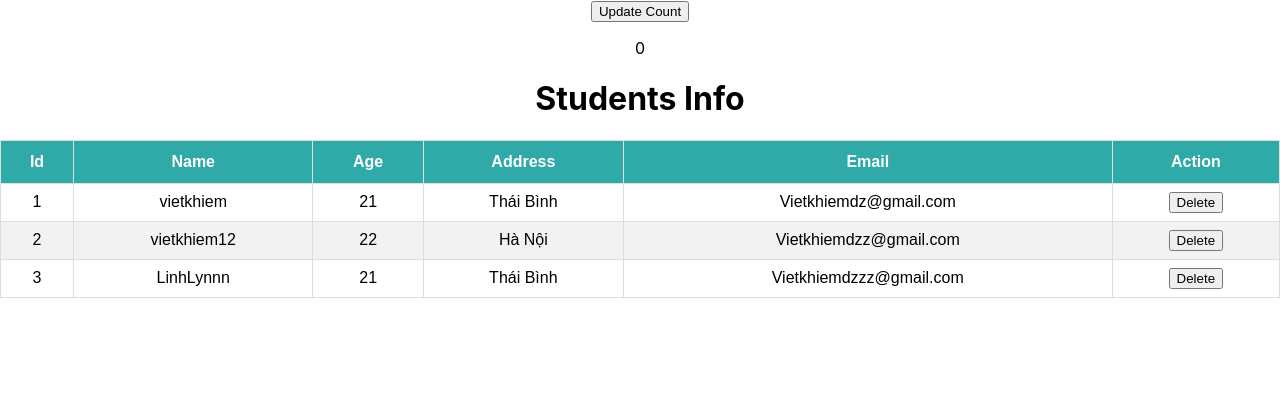
Repository: vietkhiem/TypeScript
Page: /
These files come from the project's save history. The page is drawn as it stood at one moment and after the next save; the edit follows.
The browser window is 1280 px wide. The pictures show the whole page.
The project was rebuilt for these pictures with package versions that can differ from the ones it lists, and the page was loaded fresh each time.

Above is the page before, as saved 2022-03-18 17:07:50.

After the next save:
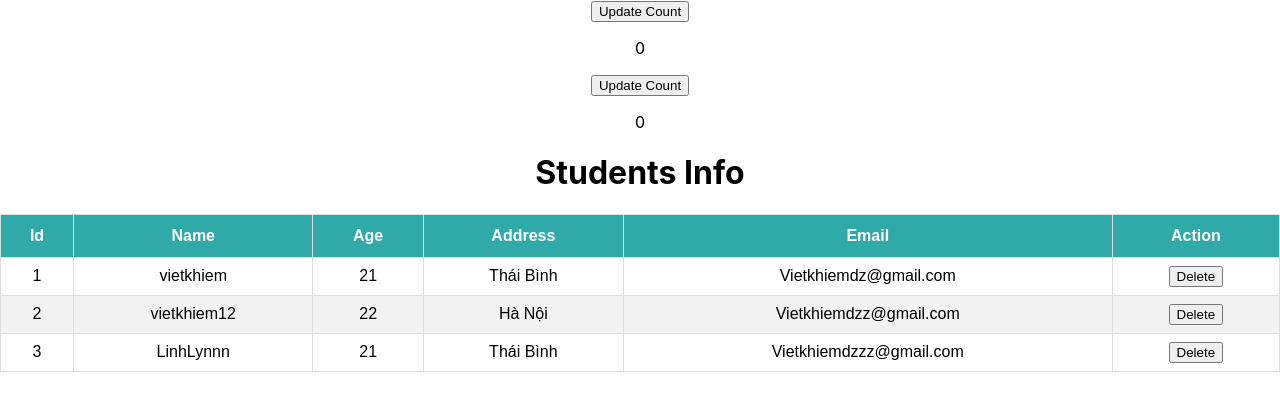
Saved 110 s later.
--- a/src/App.tsx
+++ b/src/App.tsx
@@ -6,6 +6,7 @@ import TableCustom from './pages/table';
 
 function App() {
   const [count, setCount] = useState<number>(0);
+  const [name, setName] = useState<string>('');
   const studentsData = [
     {
       name: 'vietkhiem',
@@ -33,6 +34,8 @@ function App() {
     <div className="App">
       <button onClick={() => setCount(count+1)}>Update Count</button>
       <p>{count}</p>
+      <button onClick={() => setName('viet khiem')}>Update Count</button>
+      <p>{count}</p>
       {/* thêm view login vào trong App.tsx */}
         <Login />
         {/* thêm components table vào app */}
